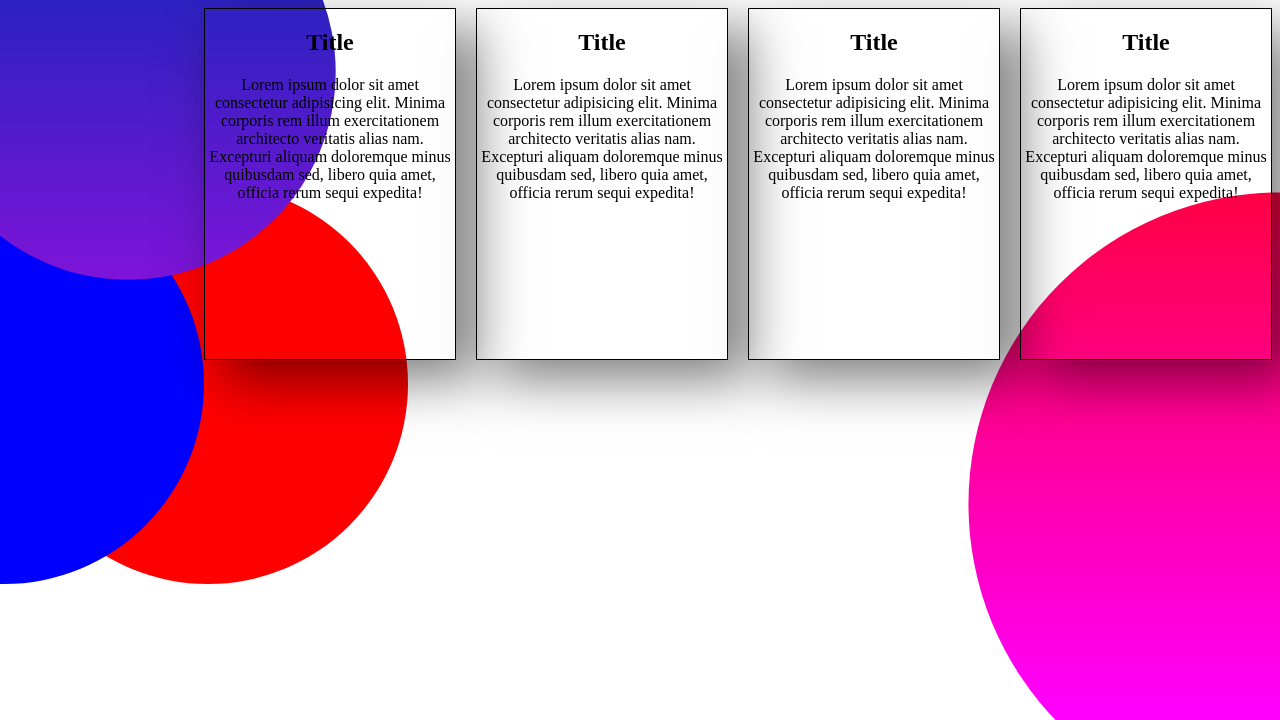
Repository: dovanluyen1996/Test-Git-PR
Page: index.html
These files come from the project's save history. The page is drawn as it stood at one moment and after the next save; the edit follows.
The browser window is 1280 px wide. The pictures show the whole page.

Above is the page before, as saved 2021-09-06 23:55:48.

### index.html
<!DOCTYPE html>
<html lang="en">
  <head>
    <meta charset="UTF-8" />
    <meta http-equiv="X-UA-Compatible" content="IE=edge" />
    <meta name="viewport" content="width=device-width, initial-scale=1.0" />
    <title>TestVsCode</title>
    <link rel="stylesheet" href="css/style.css" />
  </head>

  <body>
    <div class="container">
      <div class="test1"></div>
      <div class="test2"></div>
    </div>
    <div class="center">
      <div class="item-center">
        <h2>Title</h2>
        <p class="text">
          Lorem ipsum dolor sit amet consectetur adipisicing elit. Minima
          corporis rem illum exercitationem architecto veritatis alias nam.
          Excepturi aliquam doloremque minus quibusdam sed, libero quia amet,
          officia rerum sequi expedita!
        </p>
      </div>
      <div class="item-center">
        <h2>Title</h2>
        <p class="text">
          Lorem ipsum dolor sit amet consectetur adipisicing elit. Minima
          corporis rem illum exercitationem architecto veritatis alias nam.
          Excepturi aliquam doloremque minus quibusdam sed, libero quia amet,
          officia rerum sequi expedita!
        </p>
      </div>
      <div class="item-center">
        <h2>Title</h2>
        <p class="text">
          Lorem ipsum dolor sit amet consectetur adipisicing elit. Minima
          corporis rem illum exercitationem architecto veritatis alias nam.
          Excepturi aliquam doloremque minus quibusdam sed, libero quia amet,
          officia rerum sequi expedita!
        </p>
      </div>
      <div class="item-center">
        <h2>Title</h2>
        <p class="text">
          Lorem ipsum dolor sit amet consectetur adipisicing elit. Minima
          corporis rem illum exercitationem architecto veritatis alias nam.
          Excepturi aliquam doloremque minus quibusdam sed, libero quia amet,
          officia rerum sequi expedita!
        </p>
      </div>
    </div>
  </body>
</html>

### css/style.css
body {
  display: flex;
  justify-content: center;
  align-items: center;
}
body::before {
  content: "";
  position: absolute;
  top: 0;
  left: 0;
  width: 100%;
  height: 100%;
  background: linear-gradient(#f00, #f0f);
  clip-path: circle(30% at right 70%);
}
body::after {
  content: "";
  position: absolute;
  top: 0;
  left: 0;
  width: 100%;
  height: 100%;
  background: linear-gradient(rgb(44, 33, 192), #f0f);
  clip-path: circle(20% at 10% 10%);
}
.container {
  width: 1100px;
  margin: 0 auto;
  position: relative;
}
.test1 {
  width: 400px;
  height: 400px;
  background-color: red;
  border-radius: 50%;
  position: absolute;
}
.test2 {
  width: 400px;
  height: 400px;
  background-color: blue;
  border-radius: 50%;
  position: absolute;
  right: 0;
}
.item-center {
  width: 250px;
  height: 350px;
  border: 1px solid black;
  text-align: center;
  box-shadow: 20px 20px 50px rgba(0, 0, 0, 0.5);
}
.center {
  position: relative;
  z-index: 999;
  display: flex;
  column-gap: 20px;
  justify-content: center;
  align-items: center;
}

After the next save:
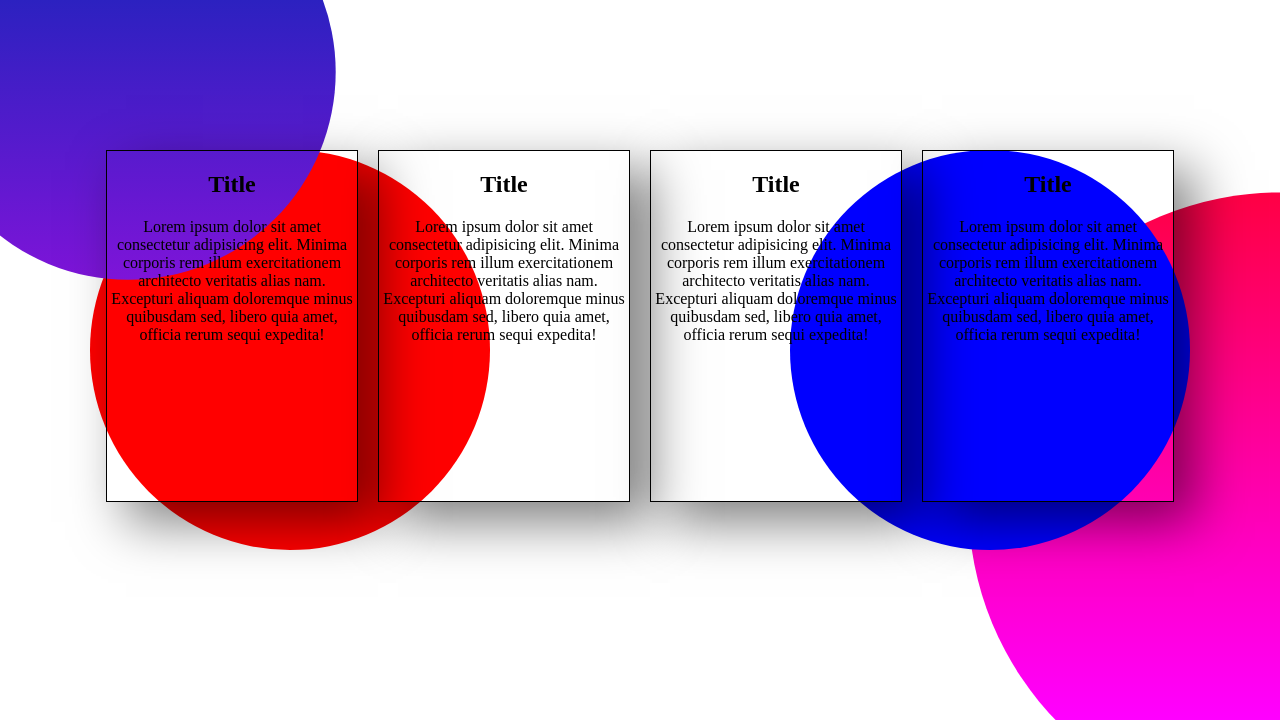
Saved 13 s later.
--- a/css/style.css
+++ b/css/style.css
@@ -1,7 +1,4 @@
 body {
-  display: flex;
-  justify-content: center;
-  align-items: center;
 }
 body::before {
   content: "";
@@ -51,6 +48,7 @@ body::after {
   box-shadow: 20px 20px 50px rgba(0, 0, 0, 0.5);
 }
 .center {
+  margin-top: 150px;
   position: relative;
   z-index: 999;
   display: flex;
